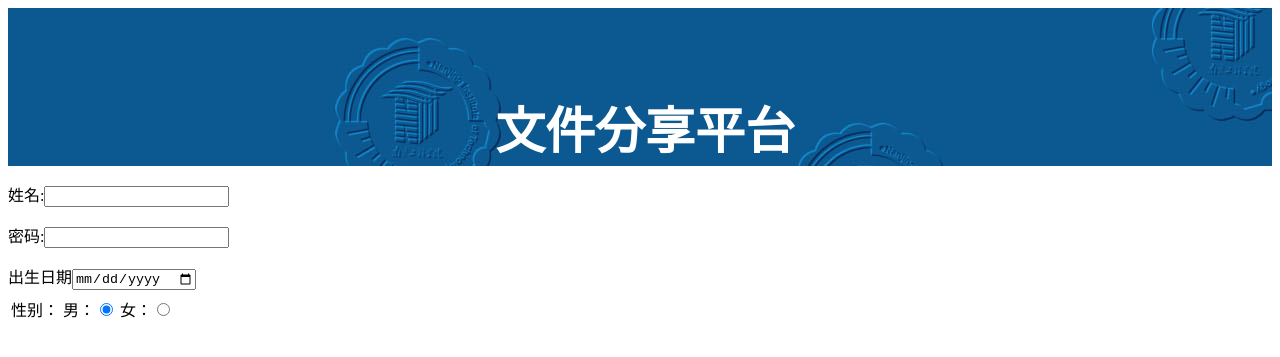
Repository: shunchensaber/Javaweb
Page: http://localhost/Web/Register.jsp
The author's editor kept a copy of each file at every save. The page is drawn from the files as they stood at one save, then again after the next save.
The browser window is 1280 px wide. The pictures show the whole page.
The page is served by Tomcat 9.

Above is the page before, as saved 2019-03-26 15:23:33.

After the next save:
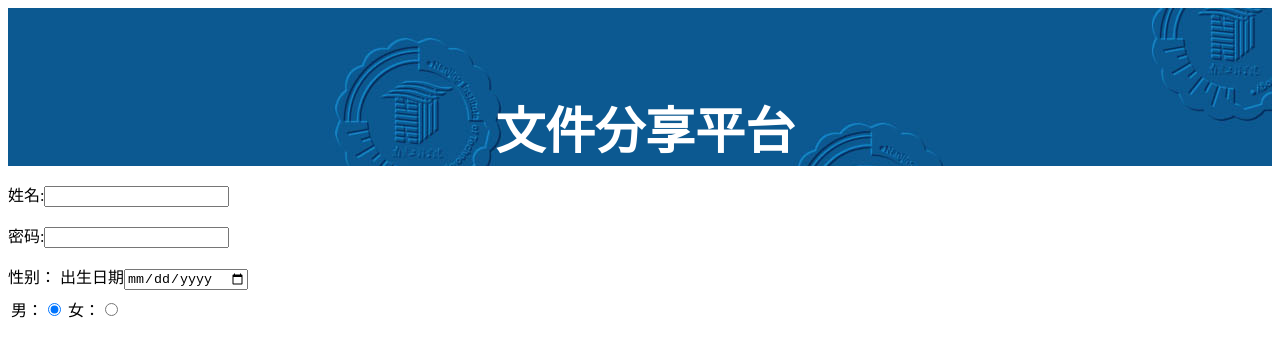
Saved 30 s later.
--- a/Web/WebContent/Register.jsp
+++ b/Web/WebContent/Register.jsp
@@ -31,8 +31,9 @@ p.a
 	<p>密码:<input type="password" name="userpass"></p>
 	</tr>
 	<tr>
+	性别：
 	<td>
-	性别：
+
 	男：<input type="radio" name="sex" value="male" checked="checked"></td>
 	<td>女：<input type="radio" name="sex" value="female"></td>
 	</tr>
